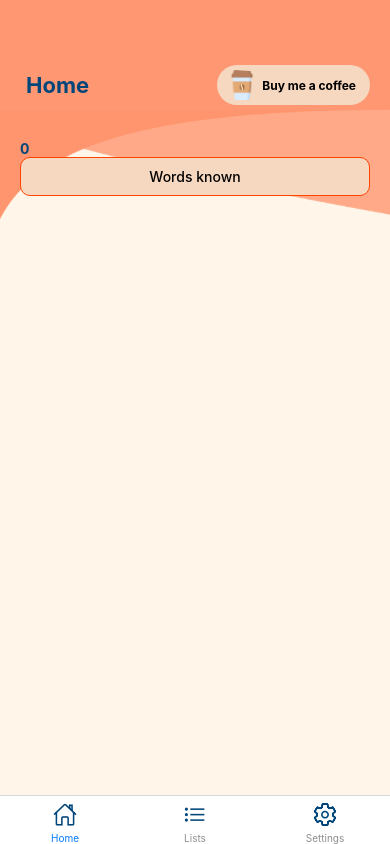
Repository: David-Waite/SpellingApp
Screen: /
An editor plug-in stored every save of this project. The screen is shown before and after the next save, followed by the edit.
The app was drawn by React Native's web renderer in a window 390 px wide. The project was rebuilt for these pictures with package versions that can differ from the ones it lists, and the page was loaded fresh each time. Also part of the build but not shown: screens/Settings.js, screens/SpellWord.js, screens/WordsLearnt.js, screens/WordListOverview.js, screens/WordLists.js, screens/Donate.js.

Above is the screen before, as saved 2023-06-22 22:21:38.

### App.js
import { NavigationContainer } from "@react-navigation/native";
import { StatusBar } from "expo-status-bar";
import { StyleSheet } from "react-native";
import { Ionicons } from "@expo/vector-icons";

import Home from "./screens/Home";
import Settings from "./screens/Settings";
import SpellWord from "./screens/SpellWord";
import WordsLearnt from "./screens/WordsLearnt";
import WordListOverview from "./screens/WordListOverview";
import WordLists from "./screens/WordLists";
import Donate from "./screens/Donate";

import { createStackNavigator } from "@react-navigation/stack";
import { createBottomTabNavigator } from "@react-navigation/bottom-tabs";
import { GlobalStyles } from "./constants/styles";

import CoffeeBtn from "./components/ui/CoffeeBtn";

const BottomTabs = createBottomTabNavigator();
const Stack = createStackNavigator();

function BottomTabsScreens() {
  return (
    <BottomTabs.Navigator>
      <BottomTabs.Screen
        name="Home"
        component={Home}
        headerShadowVisible={false}
        options={({ navigation }) => ({
          headerRight: () => (
            <CoffeeBtn
              onPress={() => {
                navigation.navigate("Donate");
              }}
            />
          ),
          title: "Home",
          tabBarLabel: "Home",
          headerTitleAlign: "left",
          headerShadowVisible: false,
          headerTitleStyle: {
            color: GlobalStyles.colors.accent500,
            fontSize: 22,
            marginLeft: 10,
            fontWeight: 700,
            marginBottom: -60,
          },
          headerStyle: {
            backgroundColor: GlobalStyles.colors.primary400,
            height: 110,
          },

          tabBarIcon: ({ color, size }) => (
            <Ionicons
              name="home-outline"
              size={size}
              color={GlobalStyles.colors.accent500}
            />
          ),
        })}
      />
      <BottomTabs.Screen
        name="WordLists"
        component={WordLists}
        options={{
          title: "Word Lists",
          tabBarLabel: "Lists",
          tabBarIcon: ({ color, size }) => (
            <Ionicons
              name="list-outline"
              size={size}
              color={GlobalStyles.colors.accent500}
            />
          ),
        }}
      />
      <BottomTabs.Screen
        name="Settings"
        component={Settings}
        options={{
          title: "Settings",
          tabBarLabel: "Settings",
          tabBarIcon: ({ color, size }) => (
            <Ionicons
              name="settings-outline"
              size={size}
              color={GlobalStyles.colors.accent500}
            />
          ),
        }}
      />
    </BottomTabs.Navigator>
  );
}
export default function App() {
  return (
    <>
      <StatusBar style="light" />
      <NavigationContainer>
        <Stack.Navigator>
          <Stack.Screen
            name="BottomTabsScreen"
            component={BottomTabsScreens}
            options={{ headerShown: false }}
          />
          <Stack.Screen
            name="WordsLearnt"
            component={WordsLearnt}
            options={{ presentation: "modal" }}
          />
          <Stack.Screen name="WordListOverview" component={WordListOverview} />
          <Stack.Screen
            name="SpellWord"
            component={SpellWord}
            options={{ presentation: "modal" }}
          />
          <Stack.Screen
            name="Donate"
            component={Donate}
            options={{ presentation: "modal" }}
          />
        </Stack.Navigator>
      </NavigationContainer>
    </>
  );
}

const styles = StyleSheet.create({
  container: {
    flex: 1,
    backgroundColor: "#fff",
    alignItems: "center",
    justifyContent: "center",
  },
});

### screens/Home.js
import { ImageBackground, Text, View } from "react-native";
import { Dimensions } from "react-native";

import { StyleSheet } from "react-native";
import { GlobalStyles } from "../constants/styles";

import WordsLearntCard from "../components/ui/WordsLearntCard";
import StatBtn from "../components/ui/Home/StatBtn";

const windowWidth = Dimensions.get("window").width;
const windowHeight = Dimensions.get("window").height;
const imageHeight = windowWidth / 3.5;

function Home({ navigation }) {
  return (
    <View style={styles.imageContainer}>
      <ImageBackground
        style={styles.ImageBackground}
        source={require("../images/SpellingAppHeaderBackground.png")}
      >
        <View style={styles.container}>
          <View>
            <StatBtn stat={0} />
            <StatBtn />
          </View>
          <WordsLearntCard navigation={navigation} />
        </View>
      </ImageBackground>
    </View>
  );
}

export default Home;

const styles = StyleSheet.create({
  imageContainer: {
    flex: 1,
    backgroundColor: GlobalStyles.colors.background,
  },
  container: {
    padding: 20,
    paddingTop: 30,
  },
  ImageBackground: {
    resizeMode: "contain",
    width: windowWidth,
    height: imageHeight,
  },
});

### constants/styles.js
export const GlobalStyles = {
  colors: {
    background: "#FFF6E9",
    primary50: "#FFF0E5",
    primary100: "#F6D7BF",
    primary100Dark: "#c7ad99",
    primary300: "#FFA989",
    primary400: "#FF9872",
    primary500: "#FF946E",
    primary800: "#FF4400",
    accent500: "#00467B",
    success500: "#0A8900",
    error500: "#FF0000",
  },
};

### components/ui/CoffeeBtn.js
import { Image } from "react-native";
import { StyleSheet } from "react-native";
import { Pressable } from "react-native";
import { View, Text } from "react-native";
import { GlobalStyles } from "../../constants/styles";

function CoffeeBtn({ onPress }) {
  return (
    <Pressable
      onPress={onPress}
      style={({ pressed }) => [styles.conatiner, pressed && styles.pressed]}
    >
      <View style={styles.layoutConatiner}>
        <Image
          style={styles.coffee}
          source={require("../../images/coffee-cup.png")}
        />
        <Text style={styles.text}>Buy me a coffee</Text>
      </View>
    </Pressable>
  );
}

export default CoffeeBtn;

const styles = StyleSheet.create({
  conatiner: {
    backgroundColor: GlobalStyles.colors.primary100,
    borderRadius: 20,
    paddingLeft: 10,
    paddingRight: 14,
    paddingVertical: 5,
    marginRight: 20,
    marginBottom: -60,
  },
  layoutConatiner: {
    flexDirection: "row",
    alignItems: "center",
    gap: 5,
  },
  text: {
    fontSize: 12,
    fontWeight: 700,
  },
  coffee: {
    width: 30,
    height: 30,
  },
  pressed: {
    backgroundColor: GlobalStyles.colors.primary100Dark,
    borderRadius: 20,
  },
});

### components/ui/WordsLearntCard.js
import { Text, StyleSheet } from "react-native";

import { GlobalStyles } from "../../constants/styles";
import { Pressable } from "react-native";
import { View } from "react-native";

function WordsLearntCard({ navigation }) {
  return (
    <Pressable onPress={() => navigation.navigate("WordsLearnt")}>
      <View style={styles.container}>
        <Text style={styles.WordsKnownText}>Words known</Text>
      </View>
    </Pressable>
  );
}

export default WordsLearntCard;

const styles = StyleSheet.create({
  container: {
    backgroundColor: GlobalStyles.colors.primary100,
    paddingHorizontal: 10,
    paddingVertical: 10,
    borderRadius: 10,
    borderColor: GlobalStyles.colors.primary800,
    borderWidth: 1,
  },
  WordsKnownText: {
    textAlign: "center",
    fontWeight: "500",
  },
  pressed: {
    opacity: 0.75,
  },
});

### components/ui/Home/StatBtn.js
import { StyleSheet } from "react-native";
import { Text, View } from "react-native";
import { GlobalStyles } from "../../../constants/styles";

function StatBtn({ stat, text }) {
  return (
    <View style={styles.container}>
      <Text style={styles.stat}>{stat}</Text>
      <Text style={styles.text}>{text}</Text>
    </View>
  );
}

export default StatBtn;

const styles = StyleSheet.create({
  container: {
    flexDirection: "row",

    borderRadius: 10,
  },
  stat: {
    color: GlobalStyles.colors.accent500,
    fontWeight: "bold",
  },
  text: {
    color: "black",
  },
});

After the next save:
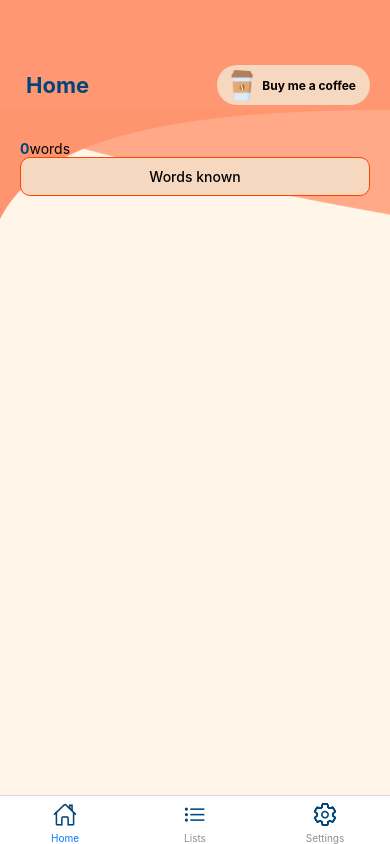
Saved 9 s later.
--- a/screens/Home.js
+++ b/screens/Home.js
@@ -20,7 +20,7 @@ function Home({ navigation }) {
       >
         <View style={styles.container}>
           <View>
-            <StatBtn stat={0} />
+            <StatBtn stat={0} text="words" />
             <StatBtn />
           </View>
           <WordsLearntCard navigation={navigation} />
